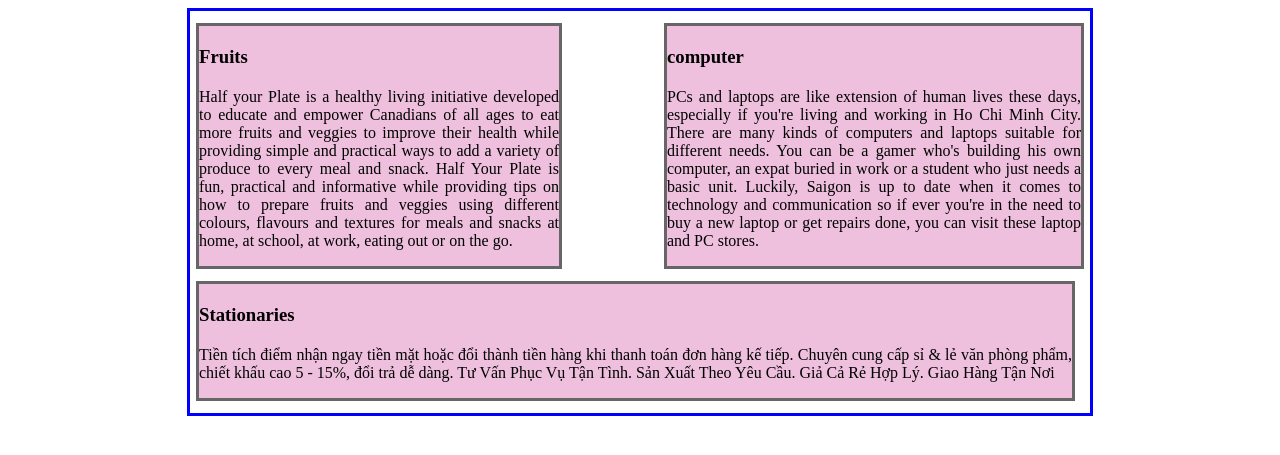
Repository: Tan-Khang21/TH_TKW--Buoi_06
Page: Bai_Tap_Mau/Bai_05/CSS_05.html
An editor plug-in stored every save of this project. The page is shown before and after the next save, followed by the edit.
The browser window is 1280 px wide. The pictures show the whole page.

Above is the page before, as saved 2024-03-11 17:12:41.

### Bai_Tap_Mau/Bai_05/CSS_05.html
<!DOCTYPE html>
<html lang="en">
  <head>
    <meta charset="UTF-8" />
    <meta name="viewport" content="width=device-width, initial-scale=1.0" />
    <title>Document</title>
    <link rel="stylesheet" href="style.css" />
  </head>
  <body>
    <div class="container">
      <div class="item" id="fruit">
        <h3>Fruits</h3>
        <p>
          Half your Plate is a healthy living initiative developed to educate
          and empower Canadians of all ages to eat more fruits and veggies to
          improve their health while providing simple and practical ways to add
          a variety of produce to every meal and snack. Half Your Plate is fun,
          practical and informative while providing tips on how to prepare
          fruits and veggies using different colours, flavours and textures for
          meals and snacks at home, at school, at work, eating out or on the go.
        </p>
      </div>
      <div class="item" id="computer">
        <h3>computer</h3>
        <p>
          PCs and laptops are like extension of human lives these days,
          especially if you're living and working in Ho Chi Minh City. There are
          many kinds of computers and laptops suitable for different needs. You
          can be a gamer who's building his own computer, an expat buried in
          work or a student who just needs a basic unit. Luckily, Saigon is up
          to date when it comes to technology and communication so if ever
          you're in the need to buy a new laptop or get repairs done, you can
          visit these laptop and PC stores.
        </p>
      </div>
      <div class="item" id="stationary">
        <h3>Stationaries</h3>
        <p>
          Tiền tích điểm nhận ngay tiền mặt hoặc đổi thành tiền hàng khi thanh
          toán đơn hàng kế tiếp. Chuyên cung cấp sỉ & lẻ văn phòng phẩm, chiết
          khấu cao 5 - 15%, đổi trả dễ dàng. Tư Vấn Phục Vụ Tận Tình. Sản Xuất
          Theo Yêu Cầu. Giả Cả Rẻ Hợp Lý. Giao Hàng Tận Nơi
        </p>
      </div>
    </div>
  </body>
</html>

### Bai_Tap_Mau/Bai_05/style.css
.container {
  width: 900px;
  border: 3px solid blue;
  margin: auto;
}
.item {
  border: 3px solid #666;
  margin: 12px 6px;
  background-color: #efc0de;
}
#fruit {
  width: 40%;
  float: left;
}
#computer {
  width: 46%;
  float: right;
}
#stationary {
  width: 97%;
  clear: both;
}
p {
  text-align: justify;
}
h3 {
  margin: 20px 0px;
}

After the next save:
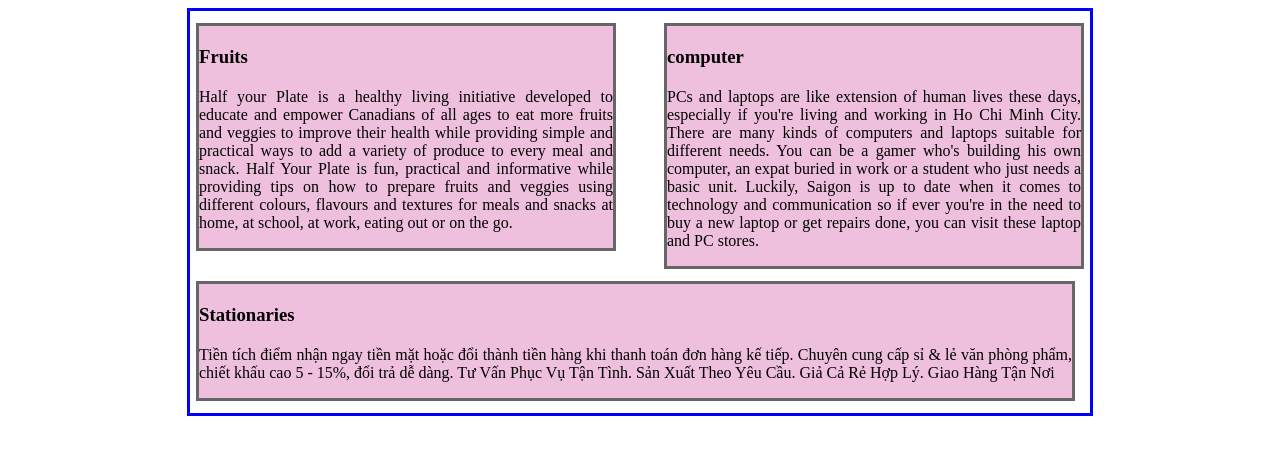
Saved 30 s later.
--- a/Bai_Tap_Mau/Bai_05/style.css
+++ b/Bai_Tap_Mau/Bai_05/style.css
@@ -9,7 +9,7 @@
   background-color: #efc0de;
 }
 #fruit {
-  width: 40%;
+  width: 46%;
   float: left;
 }
 #computer {
